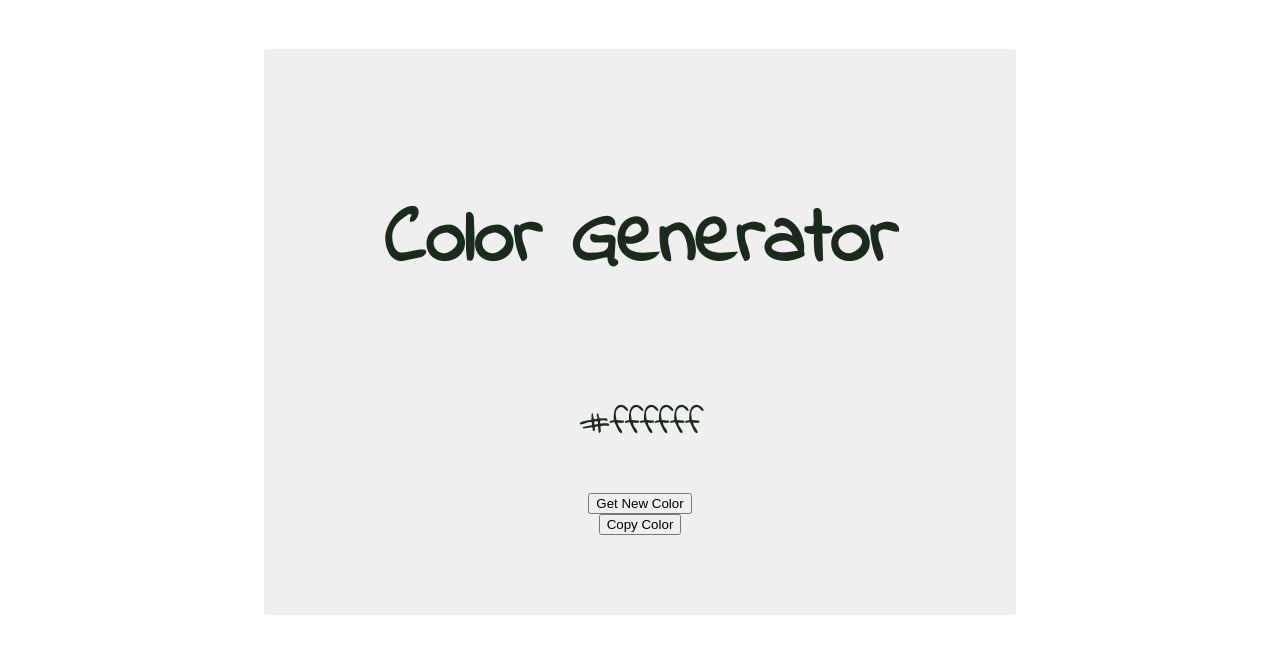
Repository: codimis/JSB-01-Color-Changer
Page: index.html
These files come from the project's save history. The page is drawn as it stood at one moment and after the next save; the edit follows.
The browser window is 1280 px wide. The pictures show the whole page.

Above is the page before, as saved 2021-09-17 01:38:52.

After the next save:
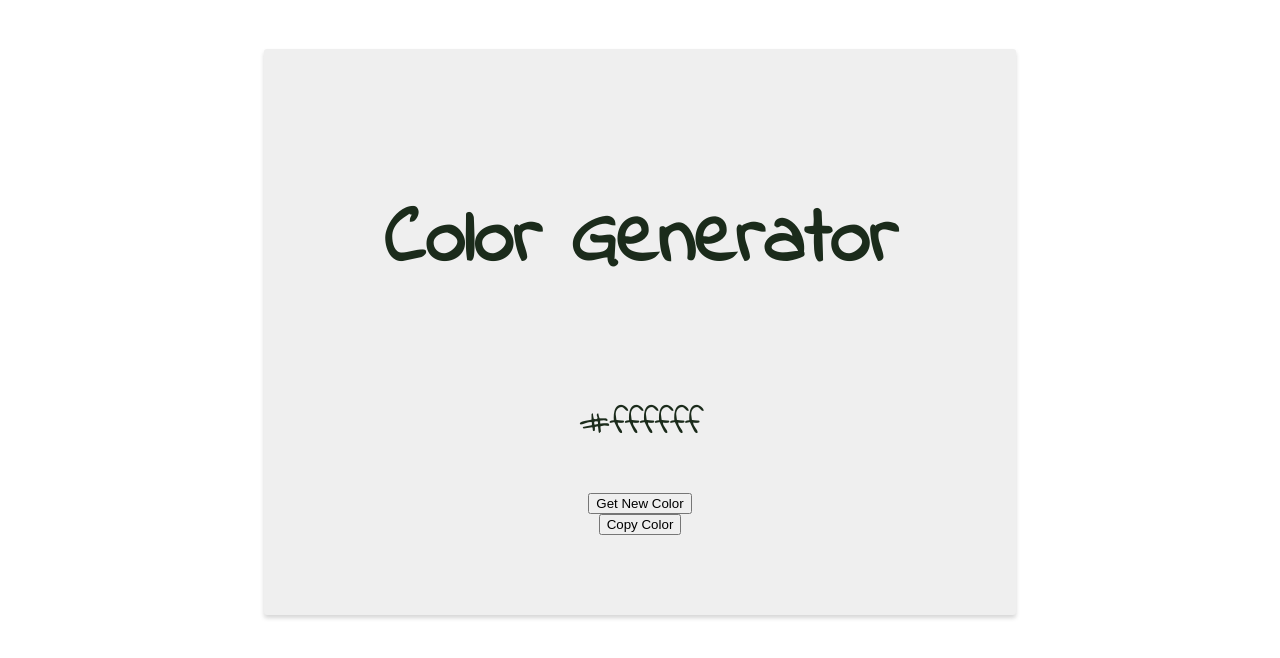
Saved 7 s later.
--- a/style.css
+++ b/style.css
@@ -22,5 +22,5 @@ body {
     flex-direction: column;
     align-items: center;
     border-radius: 3px;
-    box-shadow: 0 3px 4px rgba(red, green, blue, alpha);
+    box-shadow: 0 3px 4px rgba(50, 50, 50, .2);
 }
